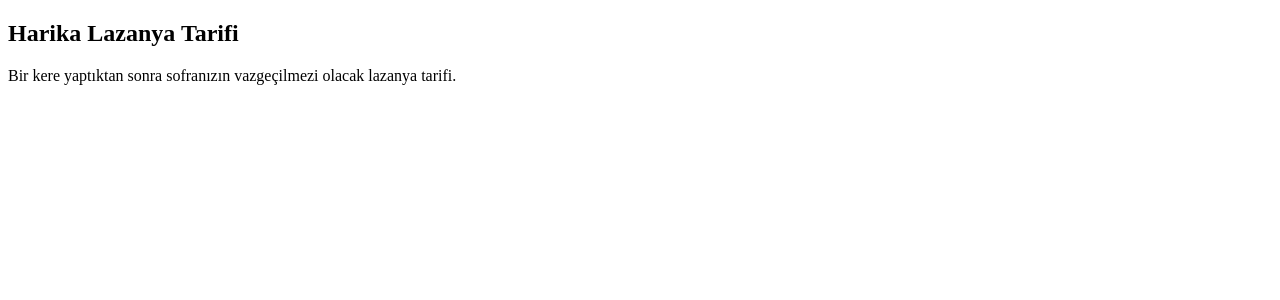
Repository: rizacantire/html
Page: Odev3/index.html
The author's editor kept a copy of each file at every save. The page is drawn from the files as they stood at one save, then again after the next save.
The browser window is 1280 px wide. The pictures show the whole page.

Above is the page before, as saved 2021-12-06 23:57:40.

### Odev3/index.html
<!DOCTYPE html>
<html lang="tr">
<head>
    <meta charset="UTF-8">
    <meta http-equiv="X-UA-Compatible" content="IE=edge">
    <meta name="viewport" content="width=device-width, initial-scale=1.0">
    <title>Lazanya Tarifi</title>
</head>
<body>
    <!-- Navbar - Start -->
    <header>
        <nav>
            <h1>Harika Lazanya Tarifi</h1>
            <p>Bir kere yaptıktan sonra sofranızın vazgeçilmezi olacak lazanya tarifi.</p>
        </nav>
    </header>
    <!-- Navbar - End -->

    <!-- Content - Start -->
    <section>
        <!-- Articles - Start -->
        <article>

        </article>
        <!-- Articles - End -->
    </section>
    <!-- Content - End -->

    <!-- Footer - Start -->
    <footer>

    </footer>
    <!-- Footer - End -->
</body>
</html>

After the next save:
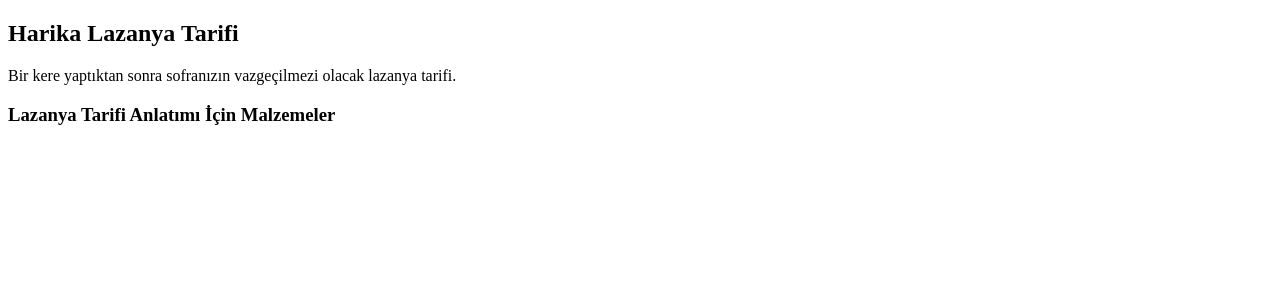
Saved 29 s later.
--- a/Odev3/index.html
+++ b/Odev3/index.html
@@ -20,7 +20,7 @@
     <section>
         <!-- Articles - Start -->
         <article>
-
+            <h1>Lazanya Tarifi Anlatımı İçin Malzemeler</h1>
         </article>
         <!-- Articles - End -->
     </section>
